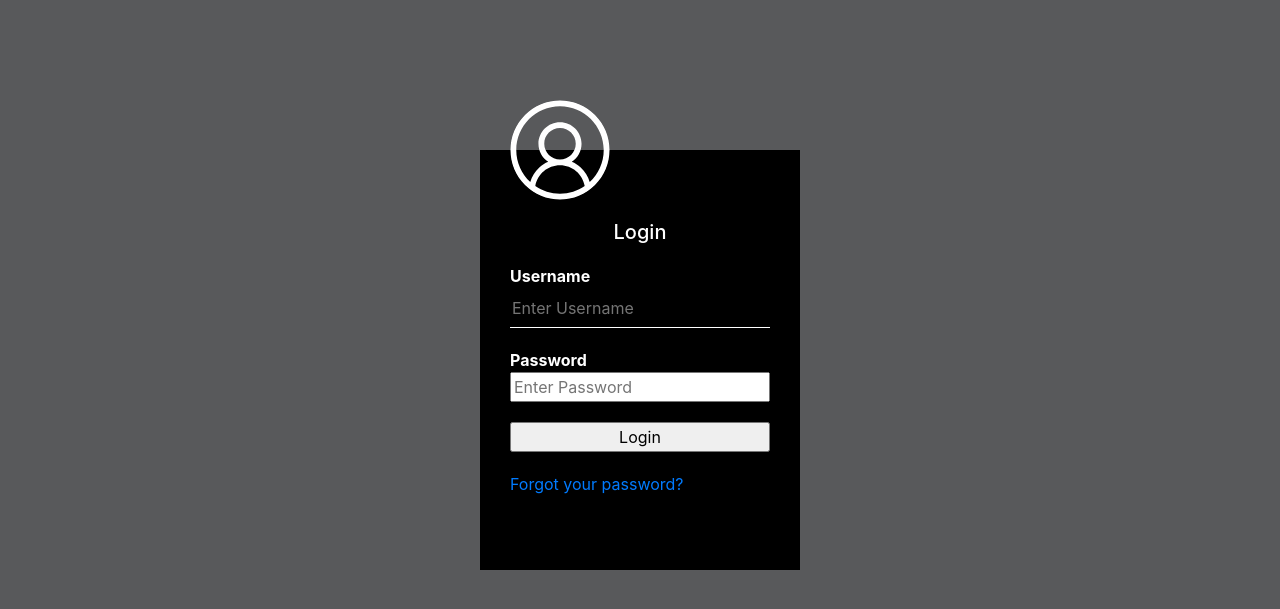
Repository: Lovekr/stylester
Page: stylster_frontend_design/login.html
An editor plug-in stored every save of this project. The page is shown before and after the next save, followed by the edit.
The browser window is 1280 px wide. The pictures show the whole page.

Above is the page before, as saved 2020-03-09 12:17:23.

### stylster_frontend_design/login.html
<!DOCTYPE html>
<html lang="en">
<head>

    <meta charset="UTF-8">
    <meta name="viewport" content="width=device-width, initial-scale=1.0">
    <link rel="stylesheet" href="https://stackpath.bootstrapcdn.com/bootstrap/4.4.1/css/bootstrap.min.css" >
     <link rel="stylesheet" href="./css/owl.carousel.css">
     <link rel="stylesheet" href="./css//owl.theme.default.min.css">
     <link rel="stylesheet" href="https://cdnjs.cloudflare.com/ajax/libs/font-awesome/4.7.0/css/font-awesome.min.css">
     <link rel="stylesheet" href="./css/login.css">
    <title>STYLSTER</title>
</head>
<body>
     <div class="loginbox">
         <img src="./asset/login icon svg white-01.svg" class="loginicon">
         <h1>Login</h1>
         <form>
             <p>Username</p>
             <input type="text" name="" placeholder="Enter Username">
             <p>Password</p>
             <input type="passsword" name="" placeholder="Enter Password">
             <input type="submit" name="" value="Login">
             <a href="#">Forgot your password?</a>
         </form>
     </div>










</body>
</html>

### stylster_frontend_design/css/login.css
body {
    margin: 0;
    padding: 0;
    background-color: #58595b;
    background-size: cover;
    background-position: center;
}
.loginbox {
    width: 320px;
    height: 420px;
    background: #000;
    color: #fff;
    position: absolute;
    top:50%;
    left:50%;
    transform: translate(-50%, -50%);
    box-sizing: border-box;
    padding: 70px 30px;
}
.loginicon {
    width: 100px;
    height: 100px;
    border-radius: 50%;
    position: absolute;
    top: -50px;
    left: calc(-50%, 50px);
}
h1 {
    margin:0;
    padding: 0 0 20px;
    text-align: center;
    font-size: 20px;
}
.loginbox p{
    margin: 0;
    padding: 0;
    font-weight: bold;
}
.loginbox input{
    width: 100%;
    margin-bottom: 20px;
}
.loginbox input[type="text"], input[type="password"]
{
    border: none;
    border-bottom: 1px solid #fff;
    background: transparent;
    outline: none;
    height: 40px;
}
.loginbox input[type="password"]
{
    border: none;
    border-bottom: 1px solid #fff;
    background: transparent;
    outline: none;
    height: 40px;
}

Loaded but not shown: stylster_frontend_design/css/owl.carousel.css (library); stylster_frontend_design/css/owl.theme.default.min.css (common file)

After the next save:
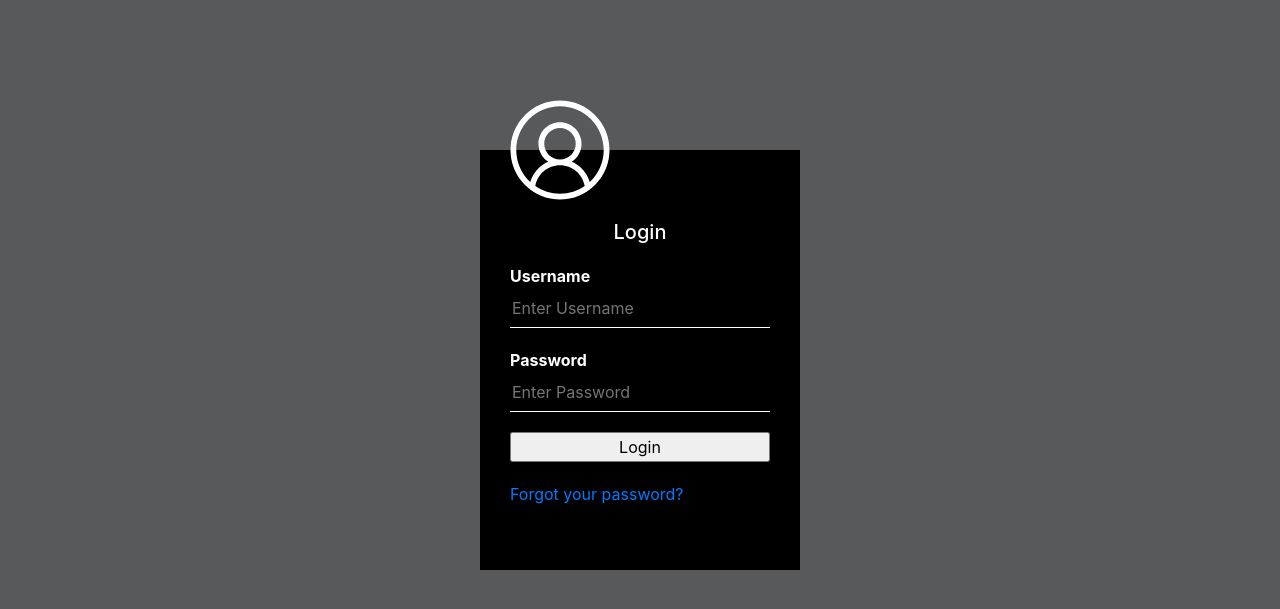
Saved 55 s later.
--- a/stylster_frontend_design/login.html
+++ b/stylster_frontend_design/login.html
@@ -19,7 +19,7 @@
              <p>Username</p>
              <input type="text" name="" placeholder="Enter Username">
              <p>Password</p>
-             <input type="passsword" name="" placeholder="Enter Password">
+             <input type="password" name="" placeholder="Enter Password">
              <input type="submit" name="" value="Login">
              <a href="#">Forgot your password?</a>
          </form>
